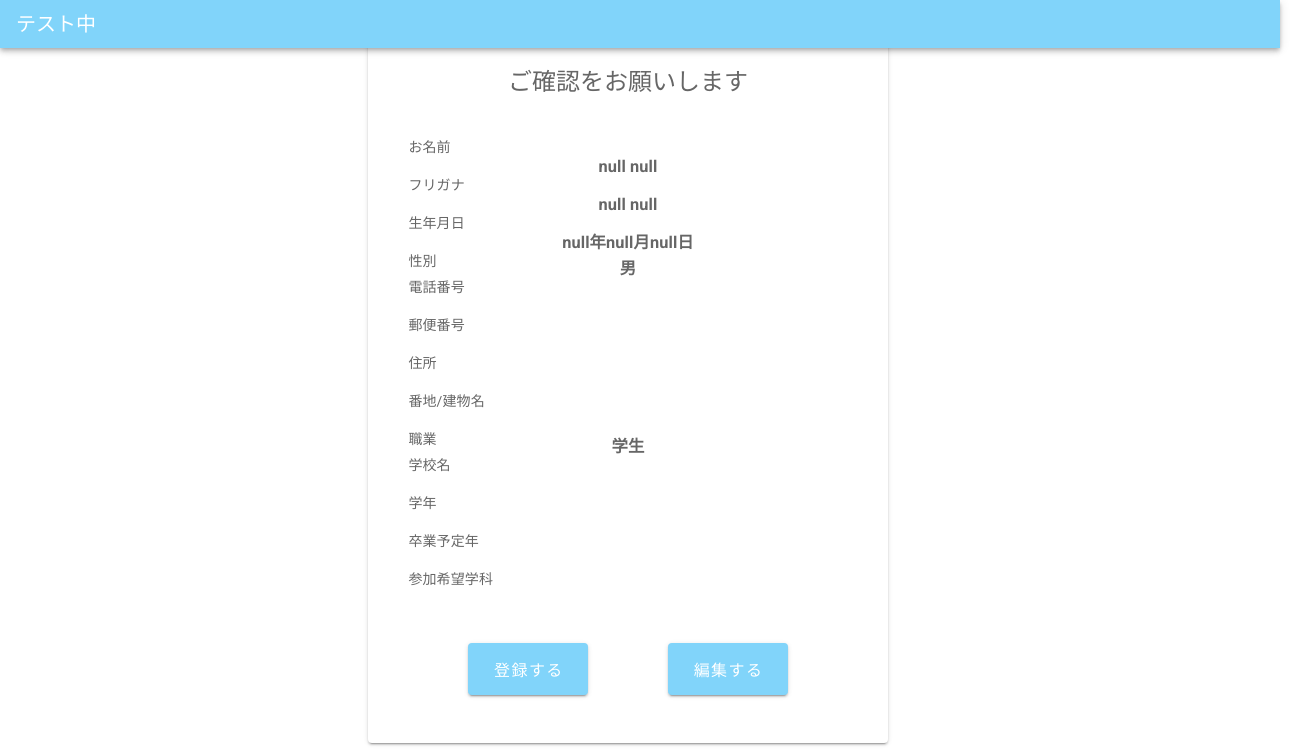
Repository: taniwhy/open-campus-system
Page: /#/confirmation (app in client_view/)
The author's editor kept a copy of each file at every save. The page is drawn from the files as they stood at one save, then again after the next save.
The browser window is 1280 px wide. The page is 1292 px wide, then 1280 px, then 1292 px, so the pictures cover 1292 px, including what lies to the right of the window. The pictures show the whole page.
The project was rebuilt for these pictures with package versions that can differ from the ones it lists, and the page was loaded fresh each time. Also part of the build but not shown: client_view/vue.config.js, client_view/src/components/Home.vue, client_view/src/components/Login.vue, client_view/src/components/Branch.vue, client_view/src/components/Register.vue.

Above is the page before, as saved 2019-12-03 09:24:56.

After the next save:
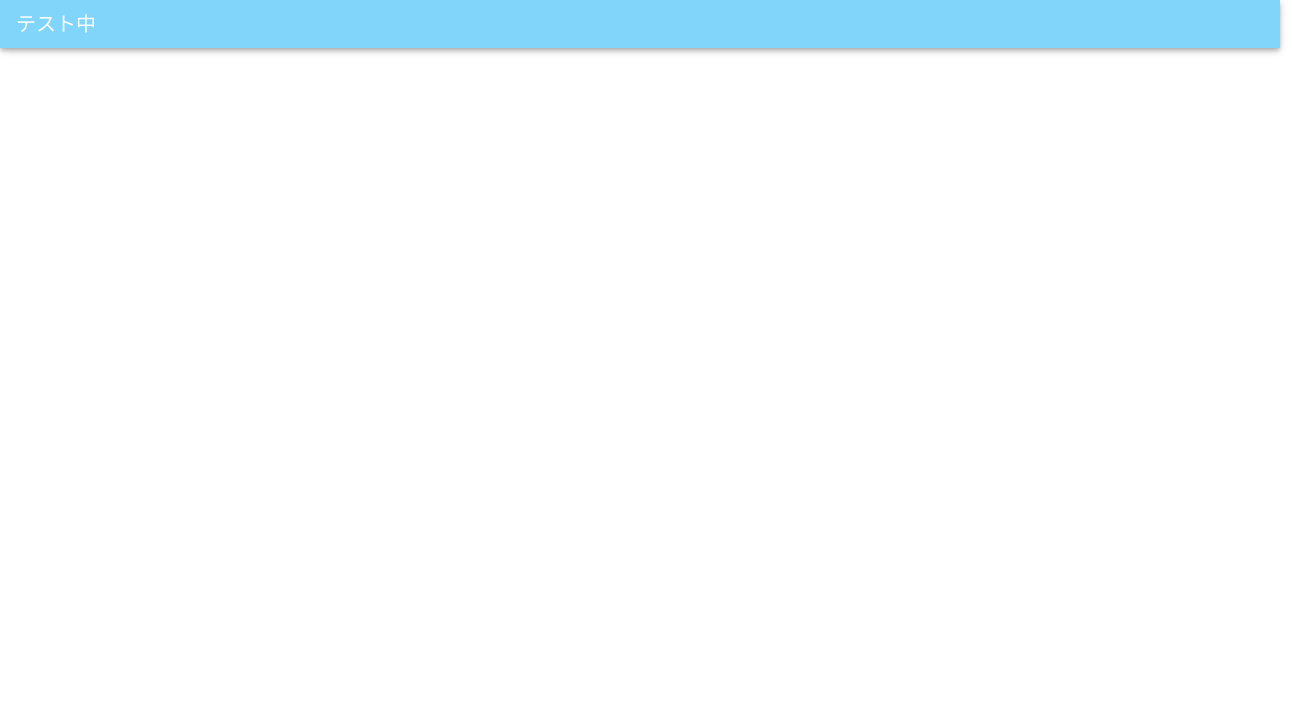
Saved 11 min 47 s later.
--- a/client_view/src/components/Base_form.vue
+++ b/client_view/src/components/Base_form.vue
@@ -26,7 +26,7 @@
           school_name: "",
           school_year: "",
           graduate_year: "",
-          graduate_check: "",
+          graduate_check: NULL,
           graduate_qualification: ""
         },
         picked: null,

After the save that followed:
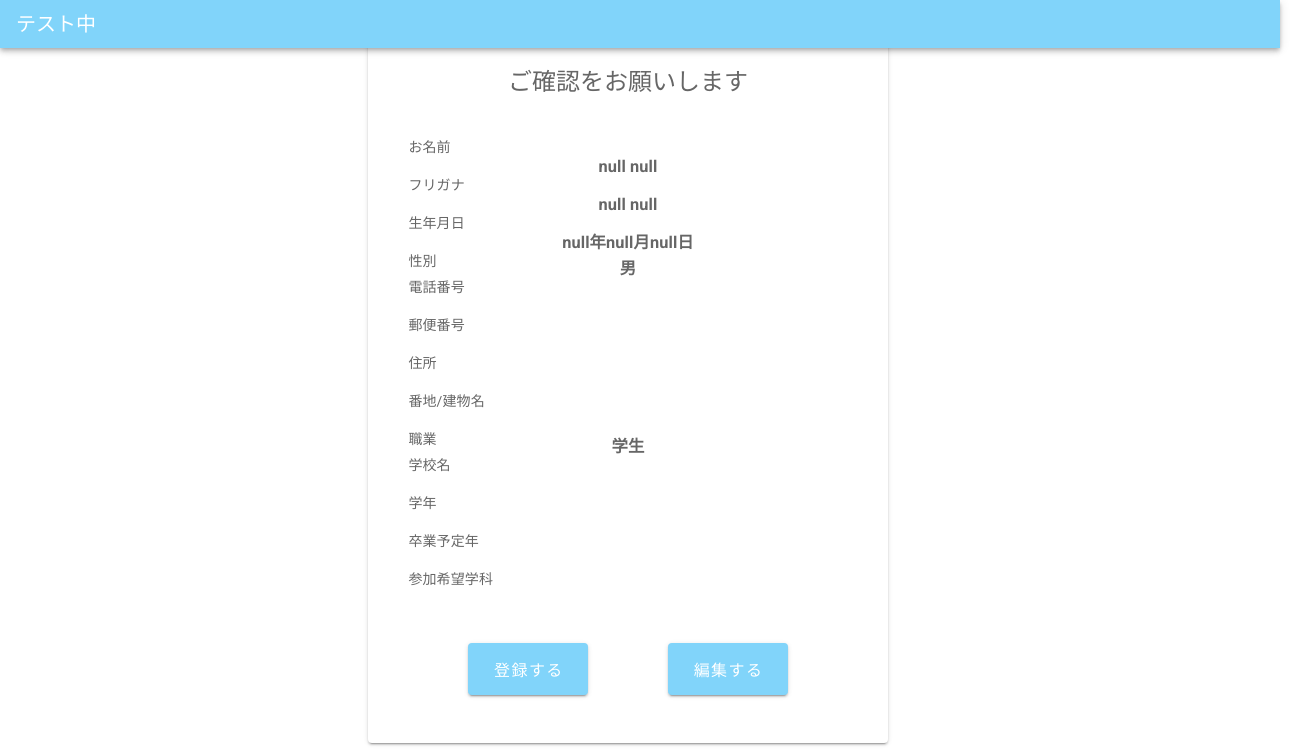
Saved 8 s later.
--- a/client_view/src/components/Base_form.vue
+++ b/client_view/src/components/Base_form.vue
@@ -26,7 +26,7 @@
           school_name: "",
           school_year: "",
           graduate_year: "",
-          graduate_check: NULL,
+          graduate_check: null,
           graduate_qualification: ""
         },
         picked: null,
